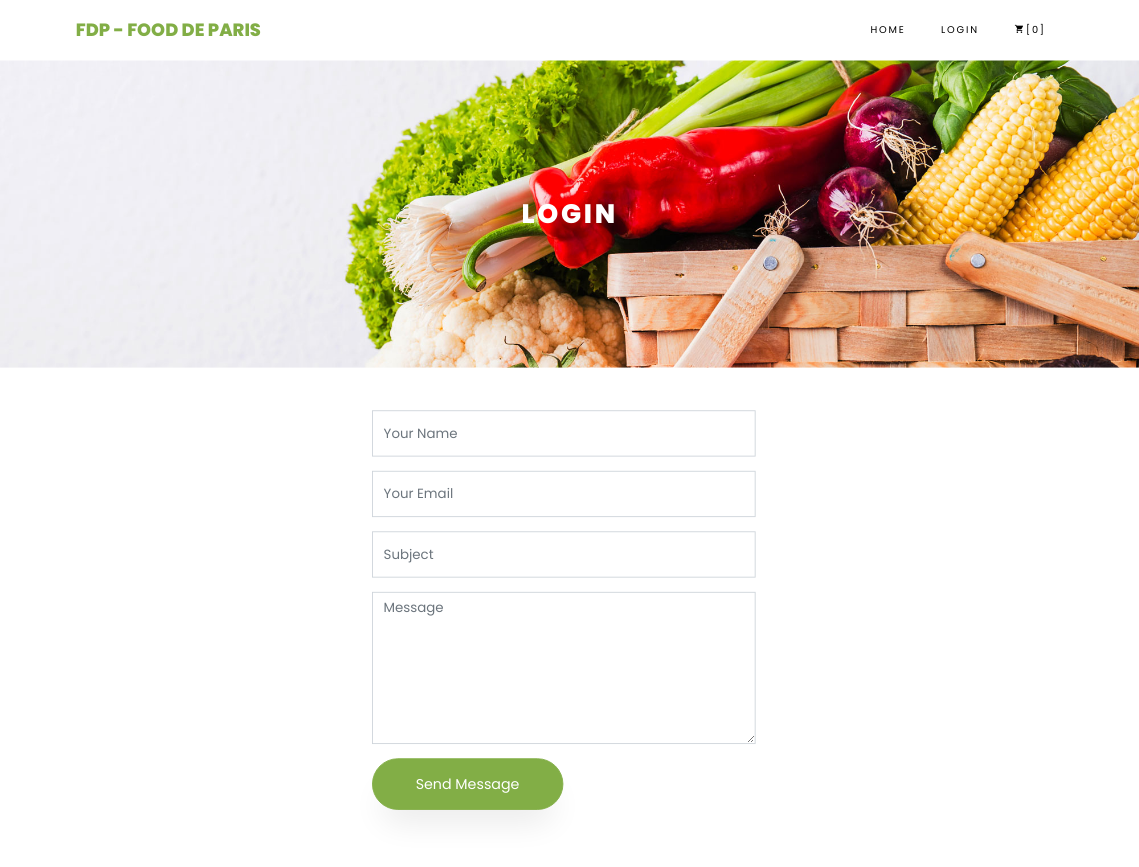
Repository: MacCampers/java-stuff
Page: workspaceJSP/projetRestaurant/WebContent/login.html
The author's editor kept a copy of each file at every save. The page is drawn from the files as they stood at one save, then again after the next save.
The browser window is 1280 px wide. The pictures show the whole page, at 89% of full size.
Some web fonts or font styles are not loaded; a fallback is used.

Above is the page before, as saved 2020-02-07 14:12:27.

After the next save:
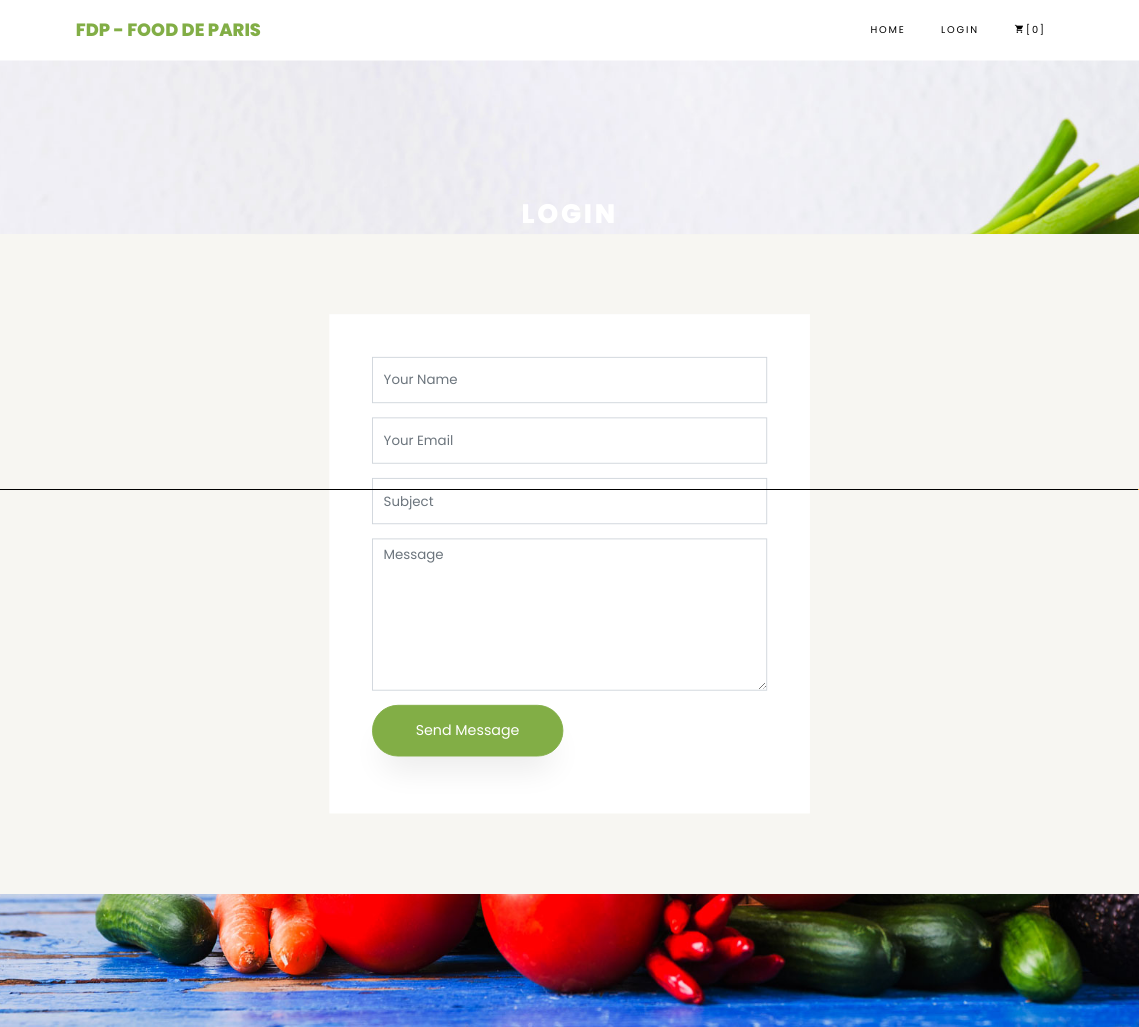
Saved 11 s later.
--- a/workspaceJSP/projetRestaurant/WebContent/login.html
+++ b/workspaceJSP/projetRestaurant/WebContent/login.html
@@ -66,7 +66,8 @@
 				</div>
 			</div>
 		</div>
-	</div>
+
+	<section class="ftco-section contact-section bg-light">
 		<div class="container">
 
 
@@ -97,8 +98,10 @@
 				</div>
 			</div>
 		</div>
+	</section>
 
 
+	</div>
 	<!-- loader -->
 	<div id="ftco-loader" class="show fullscreen">
 		<svg class="circular" width="48px" height="48px">
